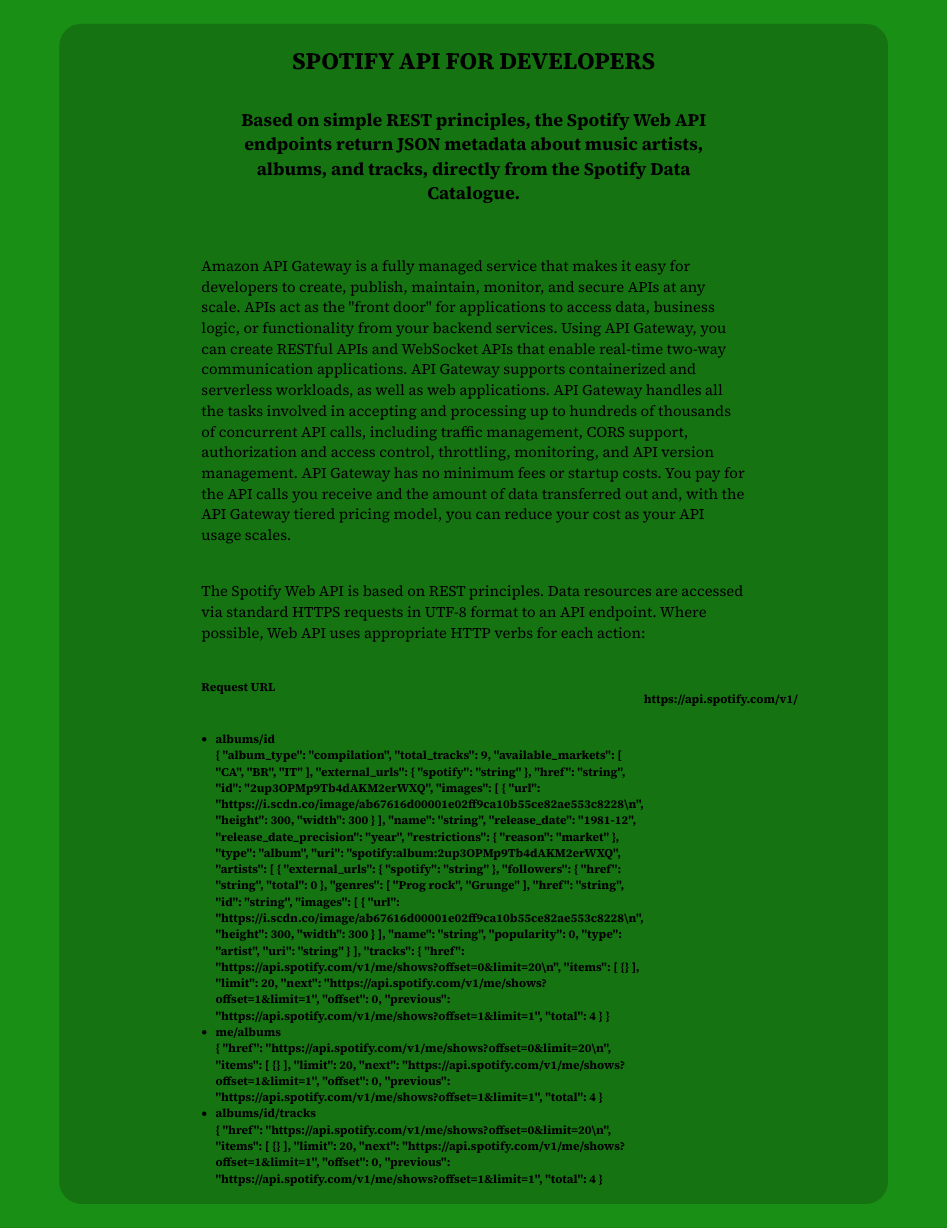
Repository: eliasihai/dizza-html-project
Page: index.html
The author's editor kept a copy of each file at every save. The page is drawn from the files as they stood at one save, then again after the next save.
The browser window is 1280 px wide. The pictures show the whole page, at 74% of full size.

Above is the page before, as saved 2022-01-27 23:54:30.

After the next save:
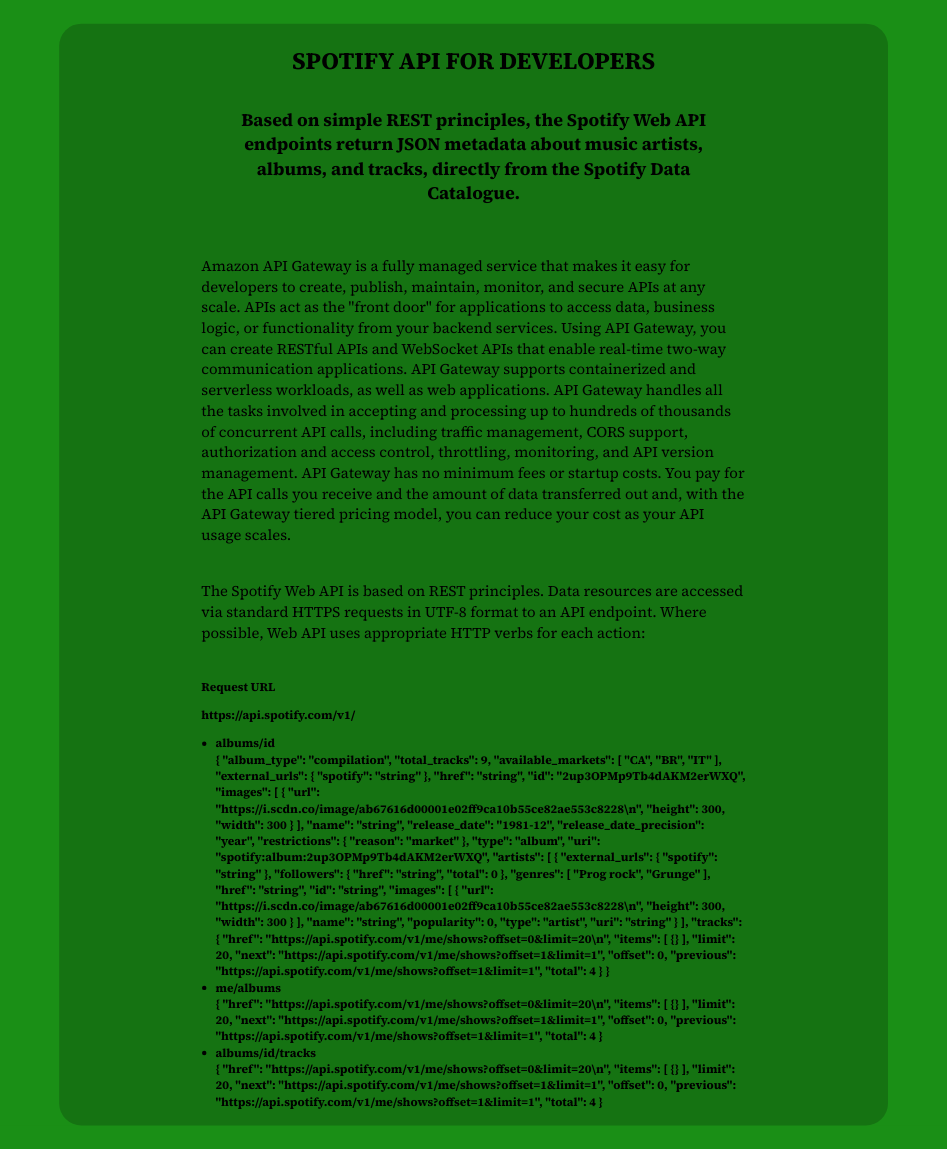
Saved 2 min 10 s later.
--- a/style.css
+++ b/style.css
@@ -39,8 +39,6 @@
   margin: 3rem 2rem;
 } */
 .list_container {
-  display: grid;
-  grid-template-columns: auto auto ;
   /* align-items: center;
   justify-content: flex-start;
   flex: 50%; */
